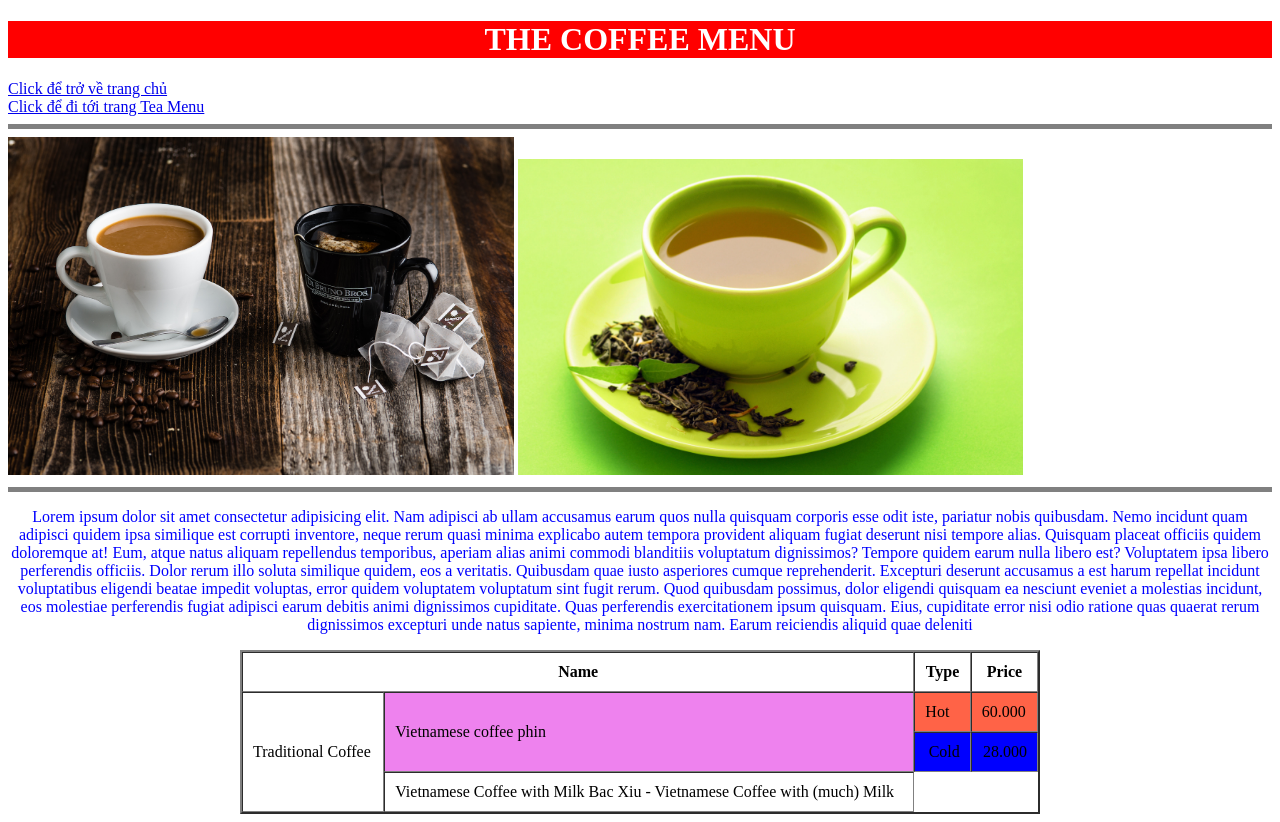
Repository: giahuy405/HomeWork_Coffee
Page: coffee.html
These files come from the project's save history. The page is drawn as it stood at one moment and after the next save; the edit follows.
The browser window is 1280 px wide. The pictures show the whole page.

Above is the page before, as saved 2022-09-07 12:10:32.

After the next save:
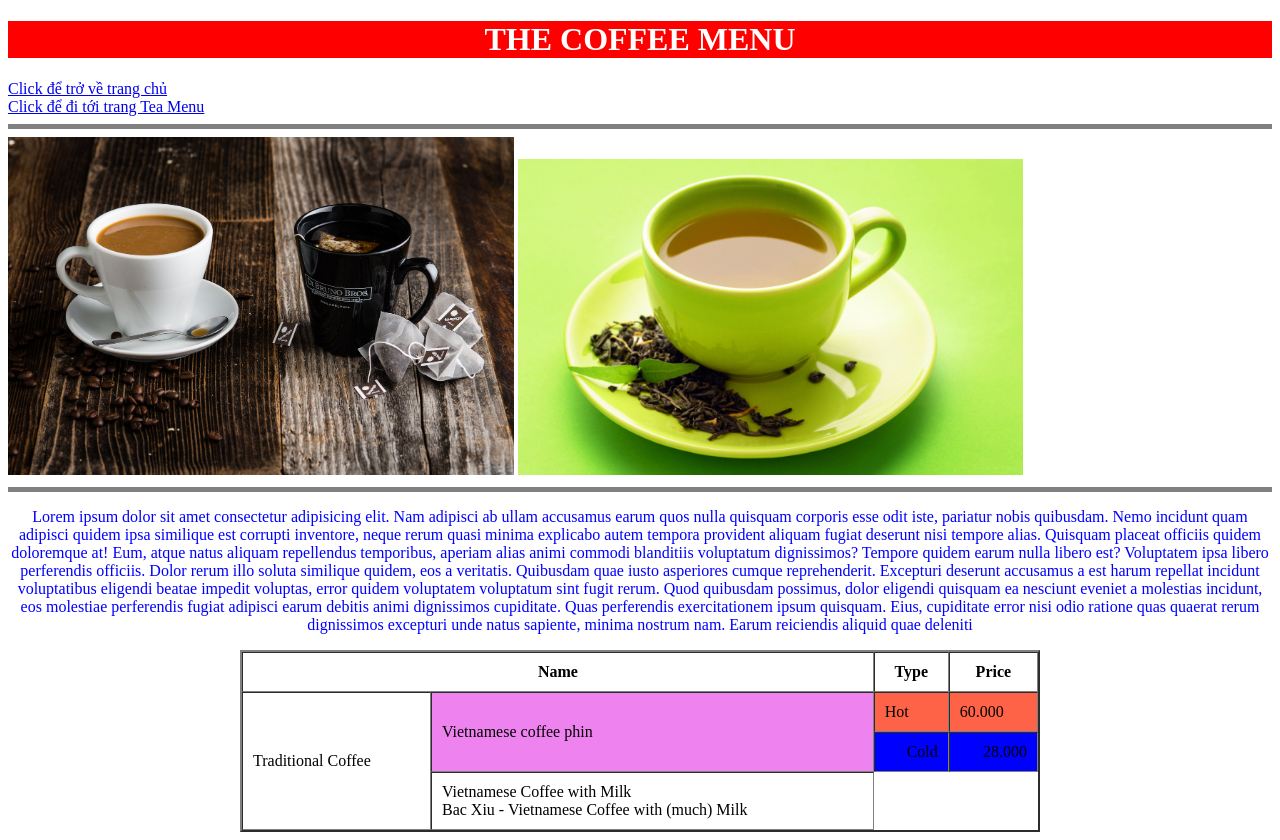
Saved 7 s later.
--- a/coffee.html
+++ b/coffee.html
@@ -34,7 +34,7 @@
             <td style="text-align: right;background-color:blue">28.000</td>
         </tr>
         <tr>
-            <td rowspan="2">Vietnamese Coffee with Milk
+            <td rowspan="2">Vietnamese Coffee with Milk <br>
                 Bac Xiu - Vietnamese Coffee with (much) Milk</td>
         </tr>
 
